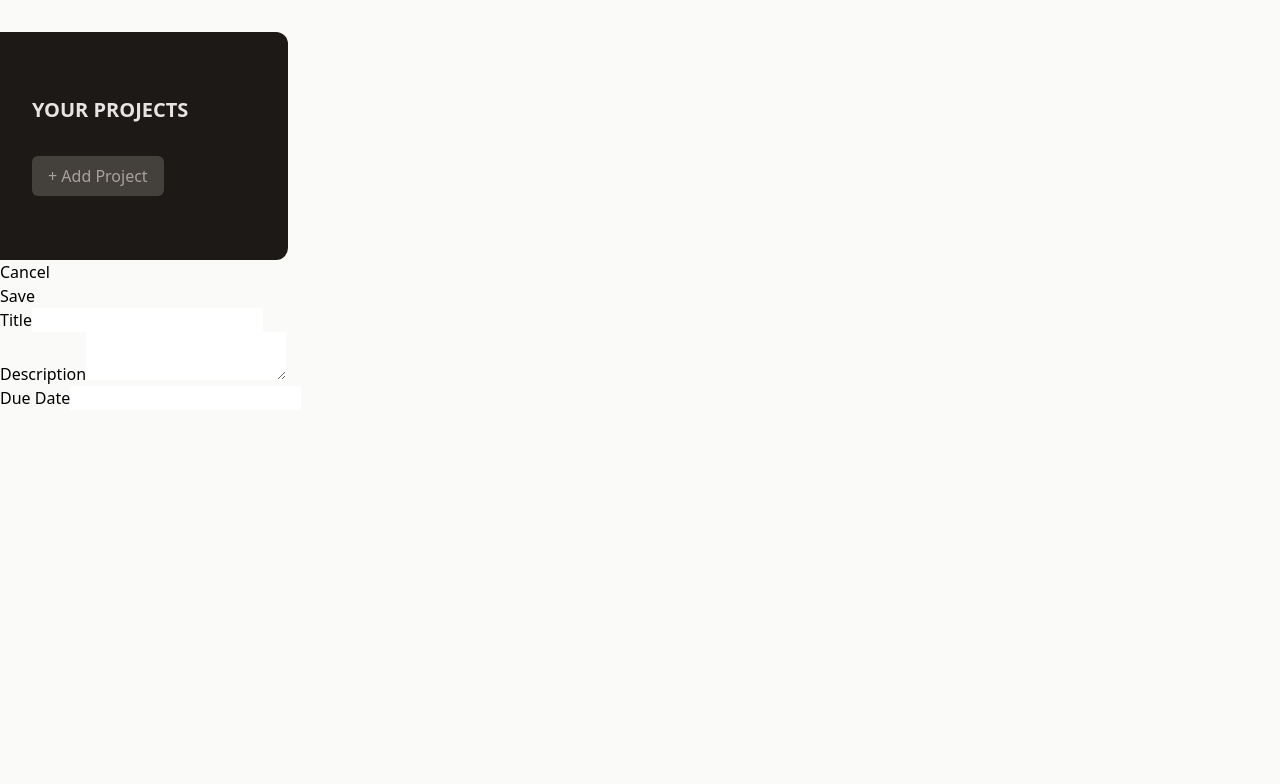
Repository: collyrium921/project-management
Page: /
An editor plug-in stored every save of this project. The page is shown before and after the next save, followed by the edit.
The browser window is 1280 px wide. The pictures show the whole page.
The project was rebuilt for these pictures with package versions that can differ from the ones it lists, and the page was loaded fresh each time. Also part of the build but not shown: vite.config.js.

Above is the page before, as saved 2024-07-11 01:53:40.

### src/App.jsx
import NewProject from "./components/NewProject";
import ProjectsSidebar from "./components/ProjectsSidebar";

function App() {
  return (
    <main className="h-screen my-8">
      <ProjectsSidebar />
      <NewProject />
    </main>
  );
}

export default App;

### src/components/NewProject.jsx
import Input from "./Input";

export default function NewProject() {
  return (
    <div>
      <menu>
        <li>
          <button>Cancel</button>
        </li>
        <li>
          <button>Save</button>
        </li>
      </menu>
      <div>
        <Input label="Title" />
        <Input label="Description" textarea />
        <Input label="Due Date" />
      </div>
    </div>
  );
}

### src/components/ProjectsSidebar.jsx
export default function ProjectsSidebar() {
  return (
    <aside className="w-1/3 px-8 py-16 bg-stone-900 text-stone-50 md:w-72 rounded-r-xl">
      <h2 className="mb-8 font-bold uppercase md:text-xl text-stone-200">
        {" "}
        Your Projects
      </h2>
      <div>
        <button className="px-4 py-2 text-xs md:text-base rounded-md bg-stone-700 text-stone-400 hover:bg-stone-600 hover:text-stone-100">
          + Add Project
        </button>
      </div>
    </aside>
  );
}

### src/components/Input.jsx
export default function Input({label,textarea, ...props}){
    return <p>
        <label htmlFor="">{label}</label>
        {textarea ? <textArea {...props} />: <input {...props} />}
    </p>
}

Loaded but not shown: index.html (common file); src/main.jsx (common file); src/index.css (common file); tailwind.config.js (common file)

After the next save:
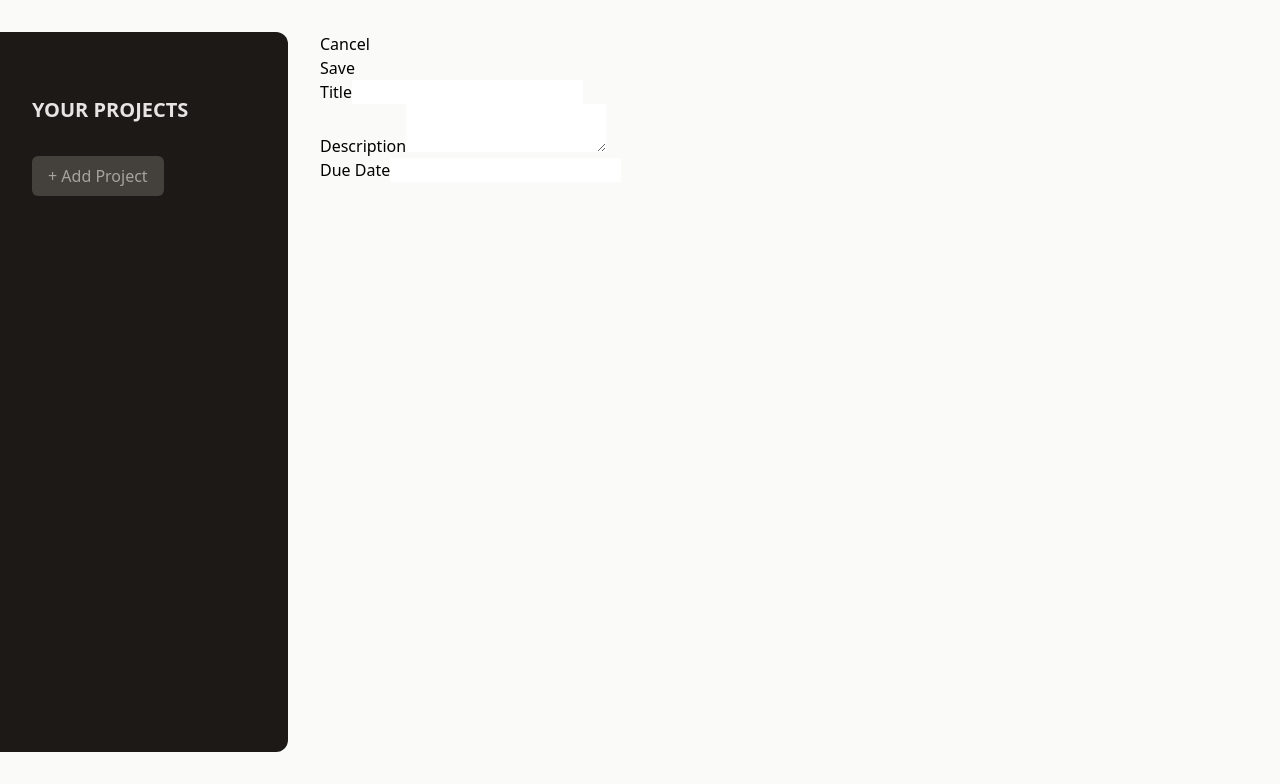
Saved 40 s later.
--- a/src/App.jsx
+++ b/src/App.jsx
@@ -3,7 +3,7 @@ import ProjectsSidebar from "./components/ProjectsSidebar";
 
 function App() {
   return (
-    <main className="h-screen my-8">
+    <main className="h-screen my-8 flex gap-8">
       <ProjectsSidebar />
       <NewProject />
     </main>
